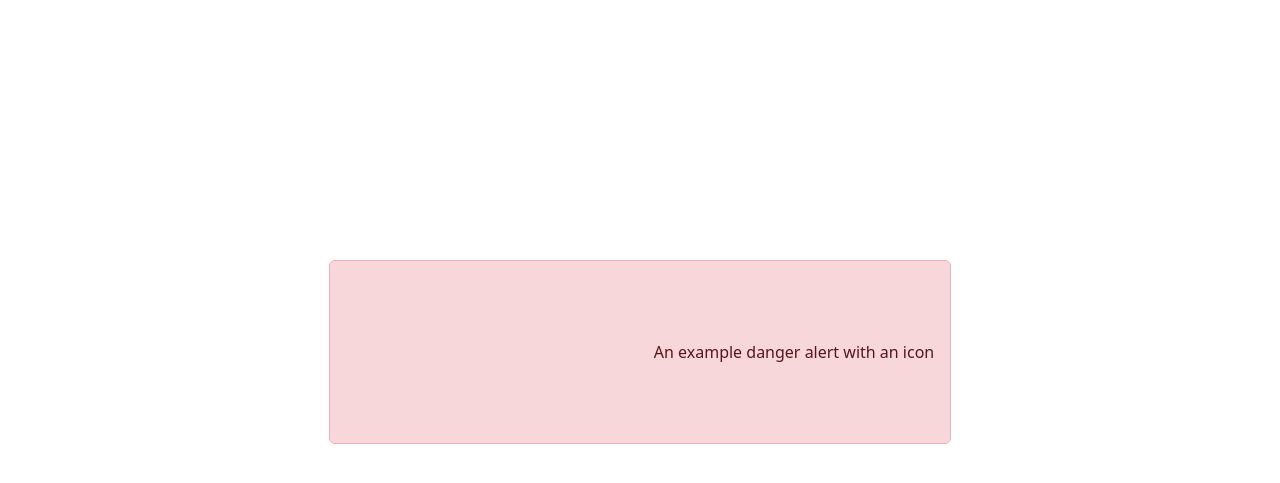
Repository: ikabeee/quesosAppSM41
Page: /
The author's editor kept a copy of each file at every save. The page is drawn from the files as they stood at one save, then again after the next save.
The browser window is 1280 px wide. The pictures show the whole page.
The page's requests for data from a server got no answer. The project was rebuilt for these pictures with package versions that can differ from the ones it lists, and the page was loaded fresh each time. No one was signed in, and anything a server would have sent is missing. Also part of the build but not shown: vite.config.ts.

Above is the page before, as saved 2024-10-11 07:53:26.

### src/App.tsx
//Primera lineas se importan las librerias y assets
import { useState } from 'react'
import './App.css'
import 'bootstrap/dist/css/bootstrap.min.css'
//Importacion de componentes

import AtmosphericConditions from './components/AtmosphericConditions';
import ExampleAxios from './components/ExampleAxios';
function App() {


  return (
    //<> Contenedores influyen en el diseno y son con la etiqueta <>
    <>
    <ExampleAxios/>
    </>
  )
}

export default App;

### src/components/ExampleAxios.tsx
import axios from "axios";
import { useEffect, useState } from "react";

function ExampleAxios() {

    const [data, setData] = useState([]);
    const [loading, setLoading] = useState(true);
    const [error, setError] = useState(null);
    useEffect(() => { //useEffect siempre espera una respuesta

        const dataList = async () => {
            try {
                const response = await axios.get('https://pokeap.co/api/v2/pokemon?limit=100000&offset=0')
                setData(response.data) //.data trae el formato
                console.log(data);
            } catch (errors: any) { //CAcha el error
                setError(errors)
            } finally { //Desaparece el spinner
                setLoading(false)
            }

        }
        dataList() //Invocas al evento
    }, [])

    if (loading) return (
        <div className="d-flex align-items-center">
            <strong role="status">Loading...</strong>
            <div className="spinner-border ms-auto" aria-hidden="true"></div>
        </div>
    )
    if (error) {
        return (
            <div className="alert alert-danger d-flex align-items-center" role="alert">
                <svg className="bi flex-shrink-0 me-2" role="img" aria-label="Danger:"><use xlink:href="#exclamation-triangle-fill" /></svg>
                <div>
                    An example danger alert with an icon
                </div>
            </div>
        )
    }
    return (
        <h1>Lista de datos</h1>
    );
}

export default ExampleAxios;

Loaded but not shown: index.html (common file); src/main.tsx (common file); src/index.css (common file); src/App.css (common file)

After the next save:
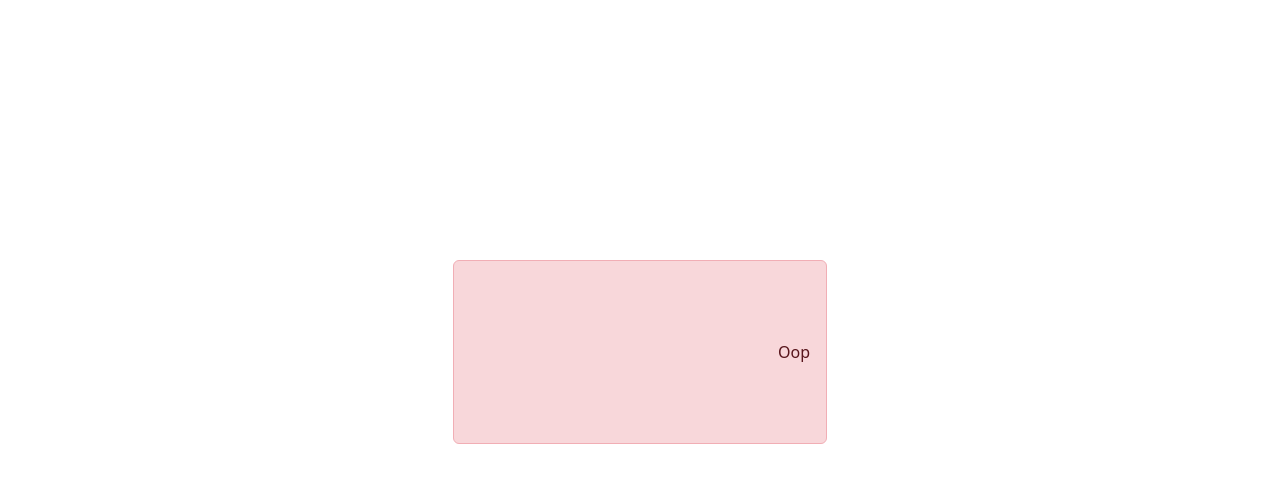
Saved 25 s later.
--- a/src/components/ExampleAxios.tsx
+++ b/src/components/ExampleAxios.tsx
@@ -34,7 +34,7 @@ function ExampleAxios() {
             <div className="alert alert-danger d-flex align-items-center" role="alert">
                 <svg className="bi flex-shrink-0 me-2" role="img" aria-label="Danger:"><use xlink:href="#exclamation-triangle-fill" /></svg>
                 <div>
-                    An example danger alert with an icon
+                    Oop
                 </div>
             </div>
         )
